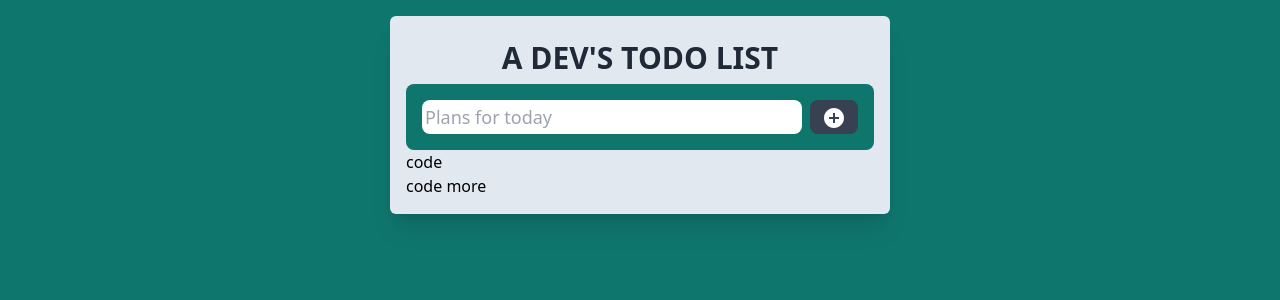
Repository: DevAntonioRogers/React-Todo-CRUD-App
Page: /
An editor plug-in stored every save of this project. The page is shown before and after the next save, followed by the edit.
The browser window is 1280 px wide. The pictures show the whole page.
The project was rebuilt for these pictures with package versions that can differ from the ones it lists, and the page was loaded fresh each time. Also part of the build but not shown: vite.config.ts.

Above is the page before, as saved 2023-05-14 19:32:50.

### src/App.tsx
import Form from "./components/Form";

import { useState } from "react";
import Todo from "./components/Todo";

const App = () => {
  const [todo, setTodo] = useState(["code", "code more"]);

  return (
    <div className="h-screen w-screen p-4 bg-teal-700">
      <div className="bg-slate-200 max-w-[500px] w-full m-auto rounded-md shadow-xl p-4">
        <h1 className="text-3xl font-bold text-center text-gray-800 p-2">A DEV'S TODO LIST</h1>
        <Form />
        <ul>
          {todo.map((todos, index) => (
            <Todo key={index} todos={todos} />
          ))}
        </ul>
      </div>
    </div>
  );
};

export default App;

### src/components/Form.tsx
import AddCircleIcon from "@mui/icons-material/AddCircle";

const Form = () => {
  return (
    <form className="flex justify-between bg-teal-700 p-4 rounded-lg items-center">
      <input className="w-full text-lg rounded-lg p-[3px]" type="text" placeholder="Plans for today" />
      <button className="ml-2 p-1 bg-gray-700 px-3 rounded-lg text-white">
        <AddCircleIcon />
      </button>
    </form>
  );
};

export default Form;

### src/components/Todo.tsx
interface TodoProps {
  todos: "string";
}

const Todo = ({ todos }: TodoProps) => {
  return (
    <li>
      <div>
        <p>{todos}</p>
      </div>
    </li>
  );
};

export default Todo;

Loaded but not shown: index.html (common file); src/main.tsx (common file); src/index.css (common file); tailwind.config.js (common file)

After the next save:
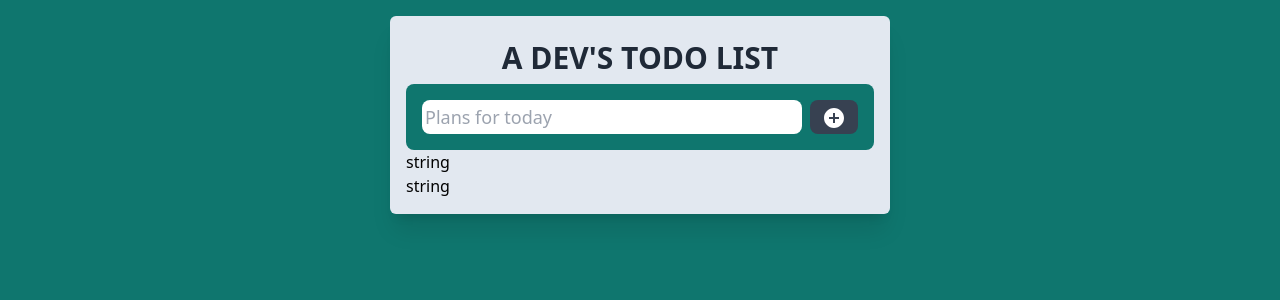
Saved 3 min 3 s later.
--- a/src/App.tsx
+++ b/src/App.tsx
@@ -13,7 +13,7 @@
         <Form />
         <ul>
           {todo.map((todos, index) => (
-            <Todo key={index} todos={todos} />
+            <Todo key={index} todos={"string"} />
           ))}
         </ul>
       </div>

After the save that followed:
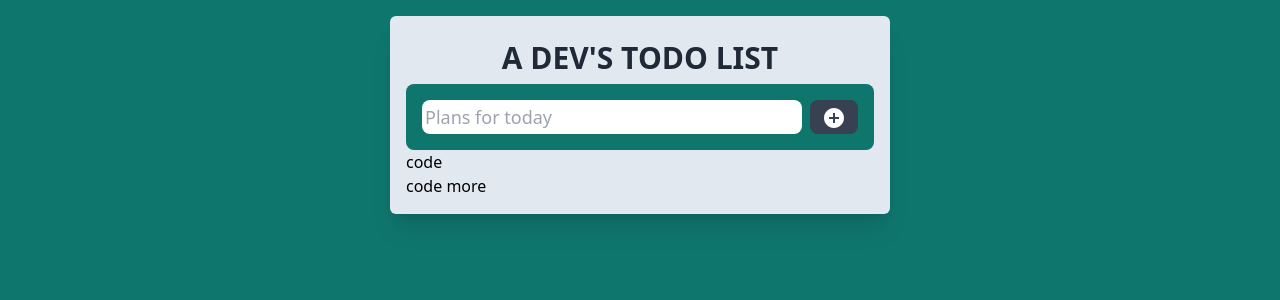
Saved 8 s later.
--- a/src/App.tsx
+++ b/src/App.tsx
@@ -13,7 +13,7 @@
         <Form />
         <ul>
           {todo.map((todos, index) => (
-            <Todo key={index} todos={"string"} />
+            <Todo key={index} todos={todos} />
           ))}
         </ul>
       </div>
